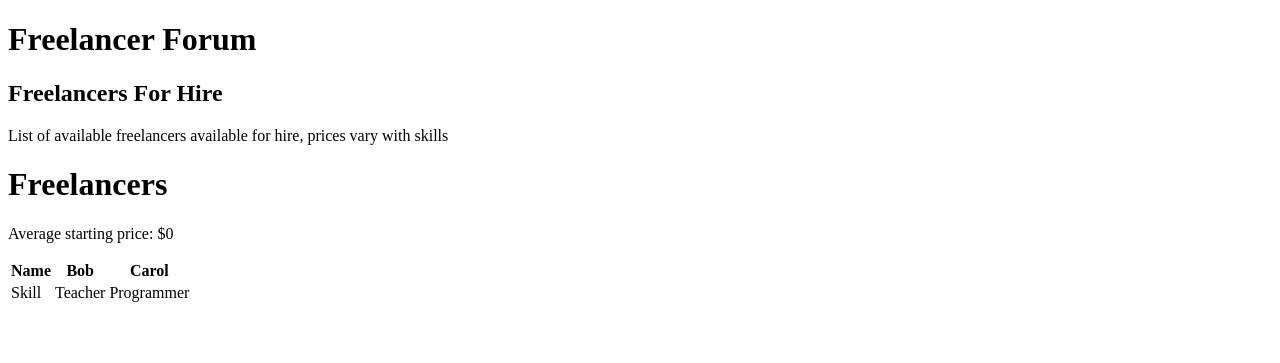
Repository: MelindaN14/Unit2.FreelancerForum
Page: forum/app.html
The author's editor kept a copy of each file at every save. The page is drawn from the files as they stood at one save, then again after a run of saves.
The browser window is 1280 px wide. The pictures show the whole page.

Above is the page before, as saved 2024-04-10 21:16:57.

### forum/app.html
<!DOCTYPE html>
<html lang="en">
  <head>
    <meta charset="UTF-8" />
    <meta name="viewport" content="width=device-width, initial-scale=1.0" />
    <title>Document</title>
    <script src="app.js"></script>
  </head>
  <body>
    <h1>Freelancer Forum</h1>
    <h2>Freelancers For Hire</h2>
    <p>List of available freelancers available for hire, prices vary with skills</p>
    <h1>Freelancers</h1>
  <div id="Names">
    <!-- Freelancers added here -->
  </div>
  <p id="average-price">Average starting price: $0</p>

    <table id="freelancersList">
      <tr>
        <th>Name</th>
        <th>Bob</th>
        <th>Carol</th>
      </tr>
      <tr>
        <td>Skill</td>
        <td>Teacher</td>
        <td>Programmer</td>
      </tr>
      </tr>
    </table>
  </body>
</html>
<!-- write out names of the freelancers and their respective jobs
put them into a table? they want a new freelancer to be added and appear every few seconds and the aver
starting price -->

### forum/app.js
//  Freelancers names, jot title and starting price
// A few seconds later more freelancers name should appear along with job/price
// must use DOM ? wth
function theFreelancers ()
{
    const freelancersList = document.getElementById('freelancersList');

}
const names = ['Alice', 'Bob', 'Carol', 'Julia', 'Emma',''];
const occupations = ['Writer', 'Teacher', 'Programmer', 'Housekeeping', 'Personal Asst.'];

// let freelancers = [{
    // name:
// }]

console.log('hey');

After the next 2 saves:
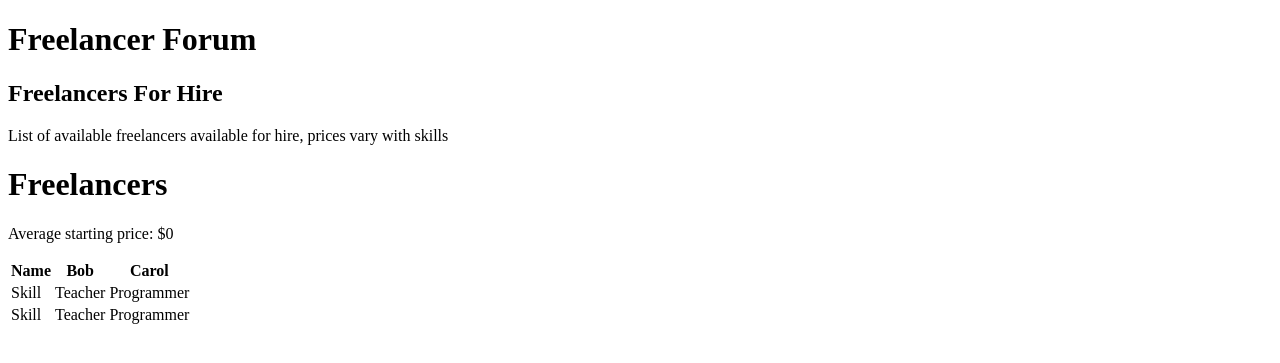
The 2 saves are shown as one change because they came seconds apart.
The last was saved 20 s later.
--- a/forum/app.html
+++ b/forum/app.html
@@ -27,6 +27,11 @@
         <td>Teacher</td>
         <td>Programmer</td>
       </tr>
+       <tr>
+   <td>Skill</td>
+   <td>Teacher</td>
+   <td>Programmer</td>
+ </tr>
       </tr>
     </table>
   </body>
